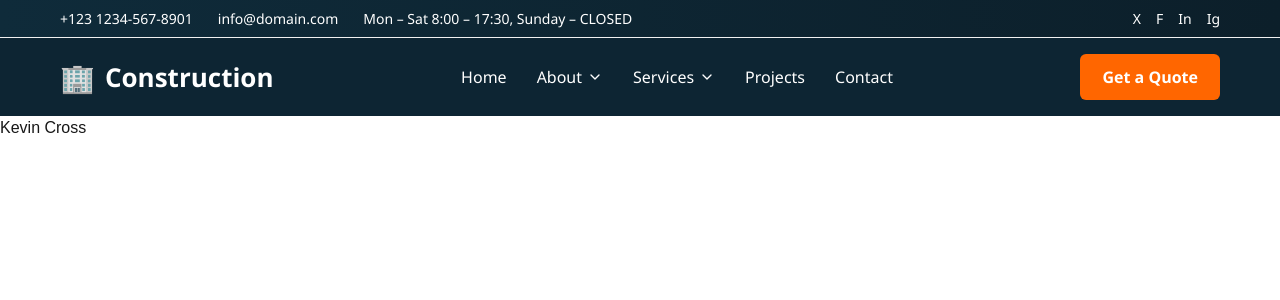
Repository: KC-Minchakpu/promise-earth
Page: /
An editor plug-in stored every save of this project. The page is shown before and after the next save, followed by the edit.
The browser window is 1280 px wide. The pictures show the whole page.
The project was rebuilt for these pictures with package versions that can differ from the ones it lists, and the page was loaded fresh each time. The framework's server and built-in components were replaced by stand-ins that run in the browser. Also part of the build but not shown: next.config.ts.

Above is the page before, as saved 2026-02-26 11:39:10.

After the next save:
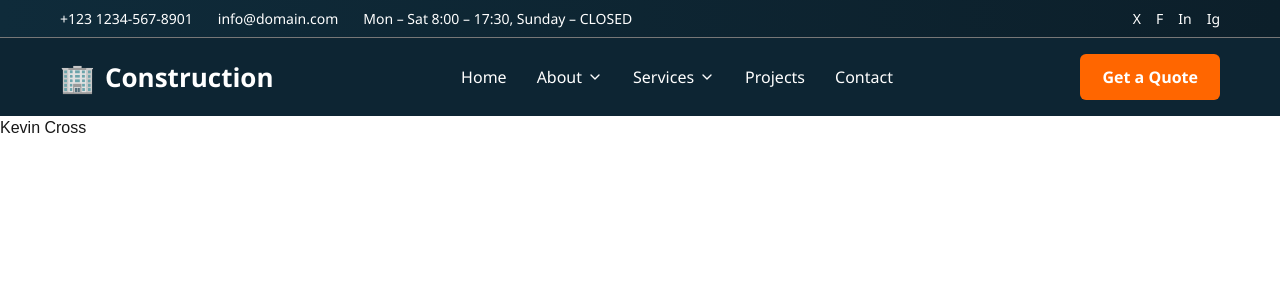
Saved 18 s later.
--- a/src/components/Header/Header.module.css
+++ b/src/components/Header/Header.module.css
@@ -7,7 +7,7 @@
 .topBar {
   background: linear-gradient(to right, #0f2b3a, #0c1f2a);
   color: #ffffff;
-  border-bottom: 1px solid #f1f1f1;
+  border-bottom: 1px solid #777;
   font-size: 14px;
 }
 
